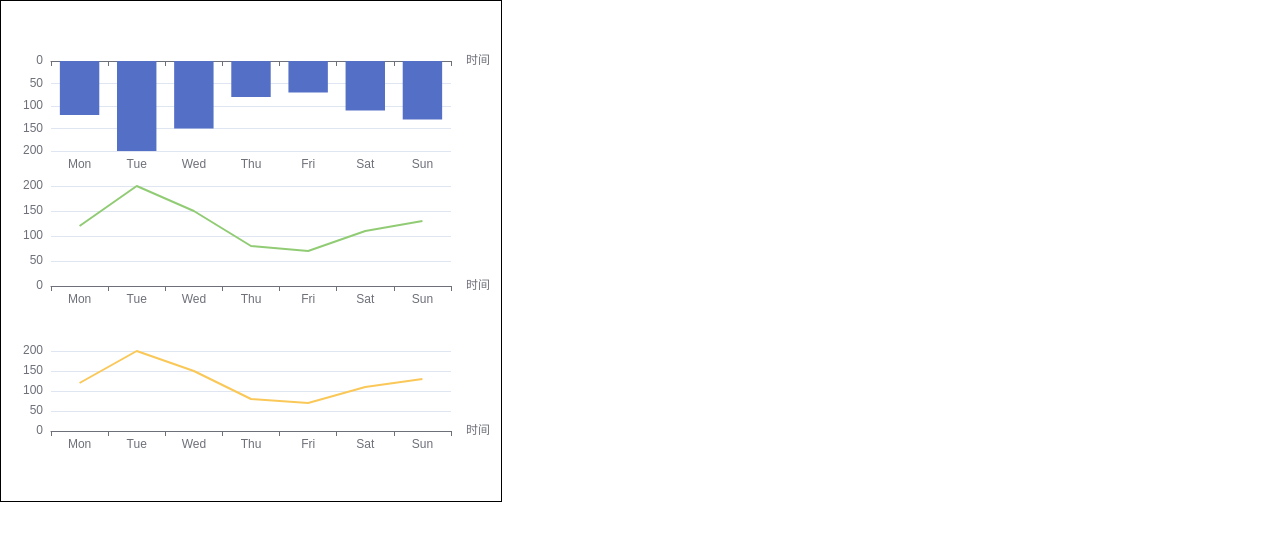
Repository: LeP-Ton/curve
Page: /
The author's editor kept a copy of each file at every save. The page is drawn from the files as they stood at one save, then again after the next save.
The browser window is 1280 px wide. The pictures show the whole page.
The project was rebuilt for these pictures with package versions that can differ from the ones it lists, and the page was loaded fresh each time.

Above is the page before, as saved 2022-08-18 20:24:35.

After the next save:
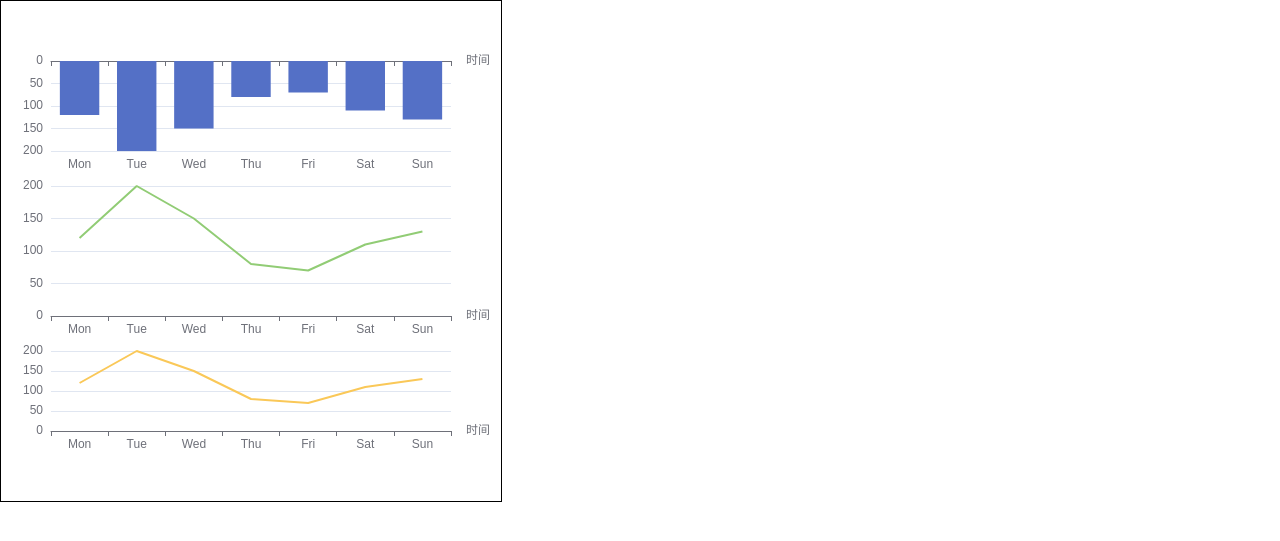
Saved 13 s later.
--- a/src/index.js
+++ b/src/index.js
@@ -51,7 +51,7 @@ const option = {
     },
     {
       top: '37%',
-      bottom:'43%'
+      bottom:'37%'
     },
     {
       top: '70%',
